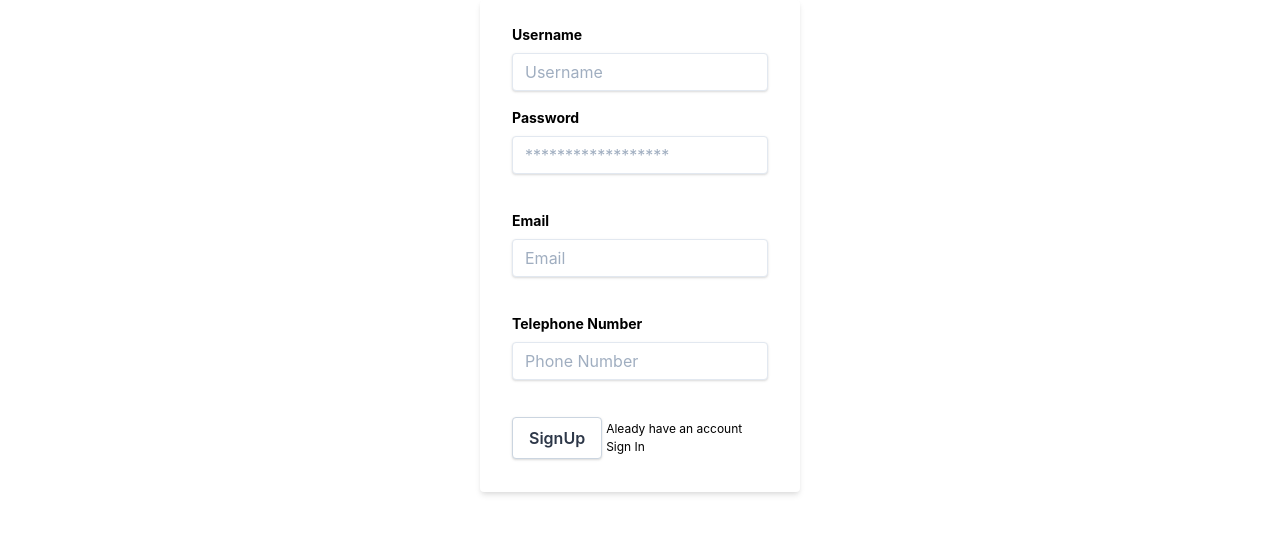
Repository: tzs34/amplifyLogin
Page: /signup
These files come from the project's save history. The page is drawn as it stood at one moment and after the next save; the edit follows.
The browser window is 1280 px wide. The pictures show the whole page.
The project was rebuilt for these pictures with package versions that can differ from the ones it lists, and the page was loaded fresh each time. Also part of the build but not shown: src/components/Views/HomePage.js, src/services/AWSService.js, src/components/Form/form-utils.js, src/components/Alerts/Error.js, src/components/Auth/LoginForm.js, src/components/Routes/PrivateRoute.js, src/App.css.

Above is the page before, as saved 2019-12-09 15:59:02.

After the next save:
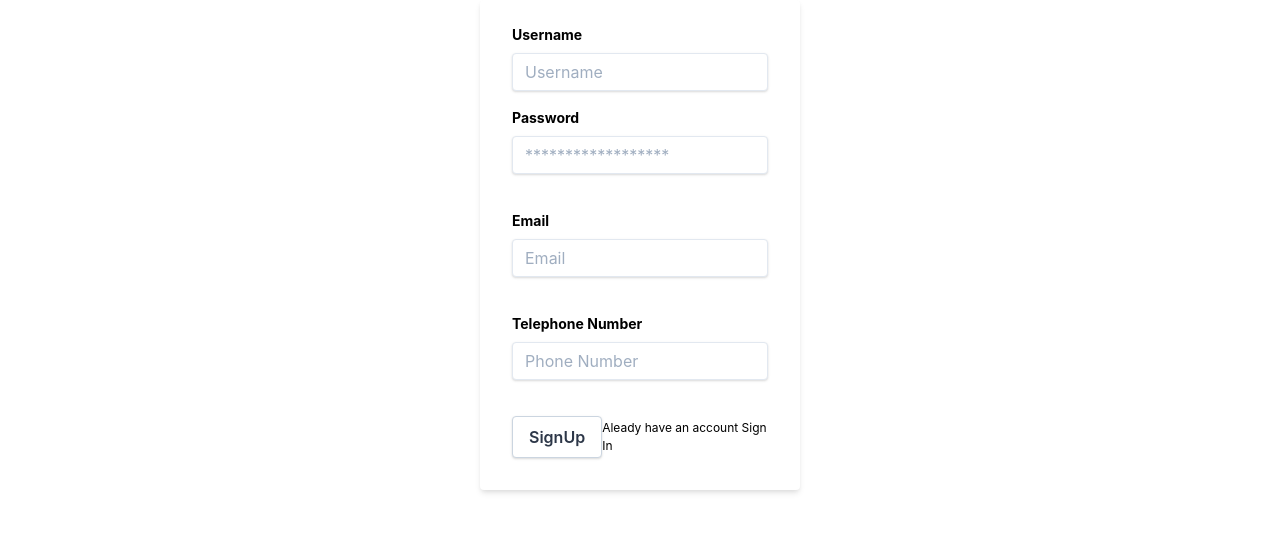
Saved 9 s later.
--- a/src/components/Auth/SignUpForm.js
+++ b/src/components/Auth/SignUpForm.js
@@ -87,7 +87,7 @@ const SignUpForm = ({ history }) => {
             <FormButton type="button" label="SignUp" />
           </div>
           <div>
-            <p className="text-grey-dark text-xs p-1">
+            <p className="text-grey-dark text-xs">
               Aleady have an account{' '}
               <a
                 className="text-indigo cursor-pointer hover:text-indigo-darker"
